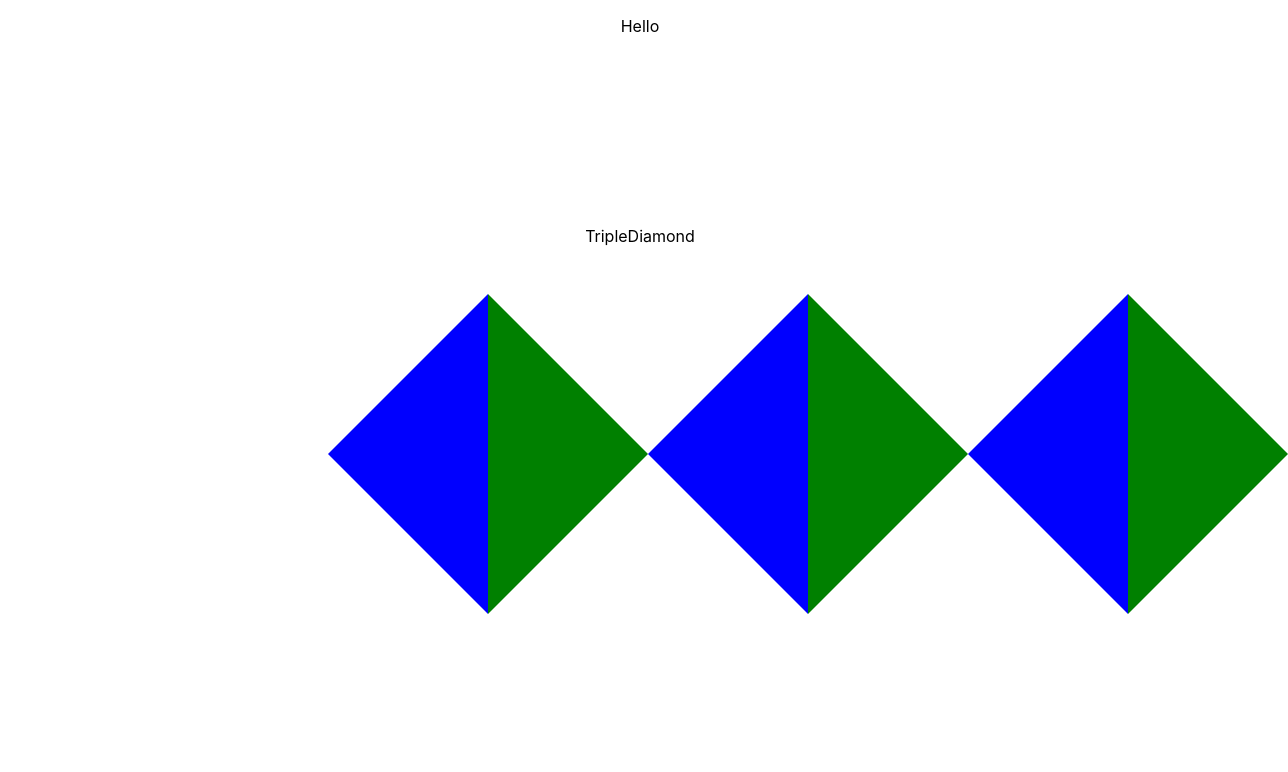
Repository: YingCG/interaction-design
Page: /
These files come from the project's save history. The page is drawn as it stood at one moment and after the next save; the edit follows.
The browser window is 1280 px wide. The page is 1288 px wide, so the pictures cover 1288 px, including what lies to the right of the window. The pictures show the whole page.
The project was rebuilt for these pictures with package versions that can differ from the ones it lists, and the page was loaded fresh each time.

Above is the page before, as saved 2023-09-07 10:26:10.

### src/App.js
import logo from "./logo.svg";
import "./App.css";
import TripleDiamond from "./TripleDiamond";

function App() {
  return (
    <div className="App">
      Hello
      <TripleDiamond />
    </div>
  );
}

export default App;

### src/App.css
.App {
  text-align: center;
  padding: 1em;
}

.arrow-right {
  width: 0;
  height: 0;
  border-top: 10rem solid transparent;
  border-bottom: 10rem solid transparent;

  border-left: 10rem solid green;
}

.arrow-left {
  width: 0;
  height: 0;
  border-top: 10rem solid transparent;
  border-bottom: 10rem solid transparent;

  border-right: 10rem solid blue;
}

.container {
  display: flex;
  justify-content: center;
  align-items: center;
  width: 100%;
  height: 100vh;
  flex-direction: column;
}

.text-content {
  padding: 3em;
}

.triple-diamond {
  display: flex;
  width: 50%;
}

### src/TripleDiamond.jsx
import React from "react";

function TripleDiamond() {
  return (
    <div className="container">
      <div className="text-content">TripleDiamond</div>
      <div className="triple-diamond">
        <div className="arrow-left"></div>
        <div className="arrow-right"></div>
        <div className="arrow-left"></div>
        <div className="arrow-right"></div>
        <div className="arrow-left"></div>
        <div className="arrow-right"></div>
      </div>
    </div>
  );
}

export default TripleDiamond;

Loaded but not shown: public/index.html (common file); src/index.js (common file); src/index.css (common file); src/reportWebVitals.js (common file)

After the next save:
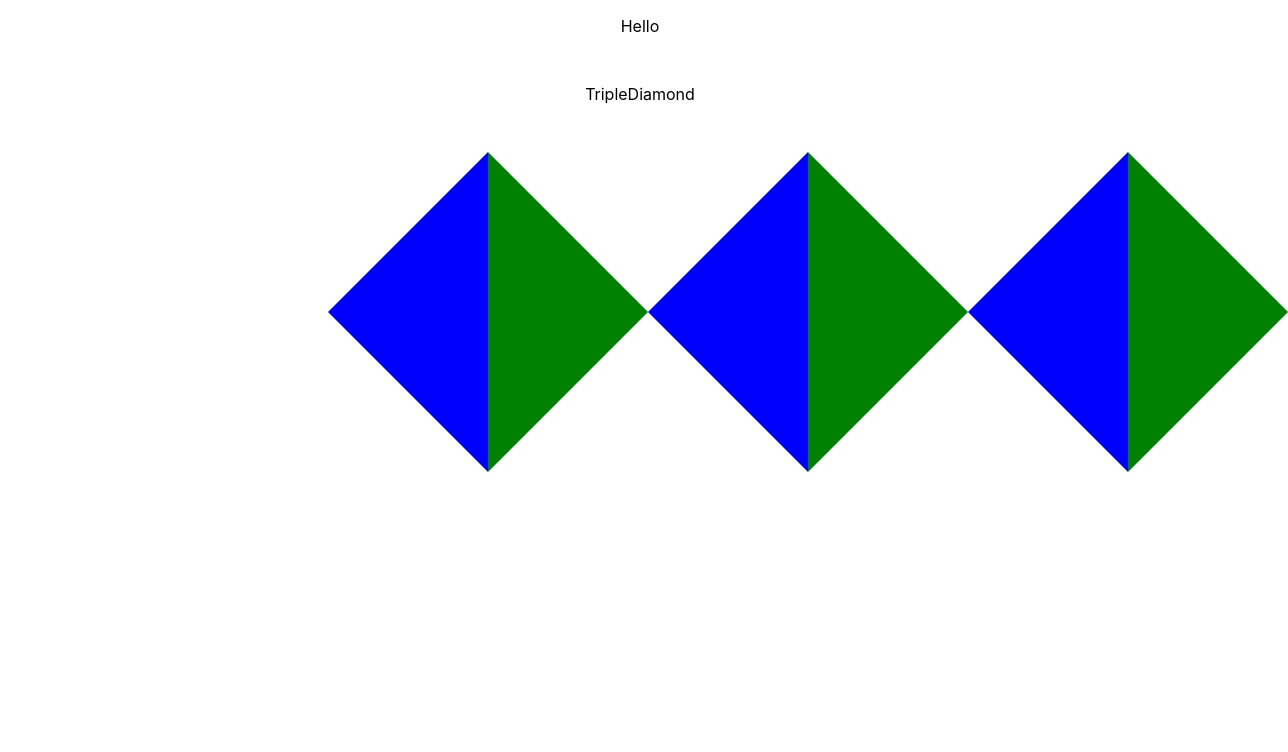
Saved 28 s later.
--- a/src/App.css
+++ b/src/App.css
@@ -1,6 +1,7 @@
 .App {
   text-align: center;
   padding: 1em;
+  height: 100vh;
 }
 
 .arrow-right {
@@ -26,7 +27,6 @@
   justify-content: center;
   align-items: center;
   width: 100%;
-  height: 100vh;
   flex-direction: column;
 }
 
